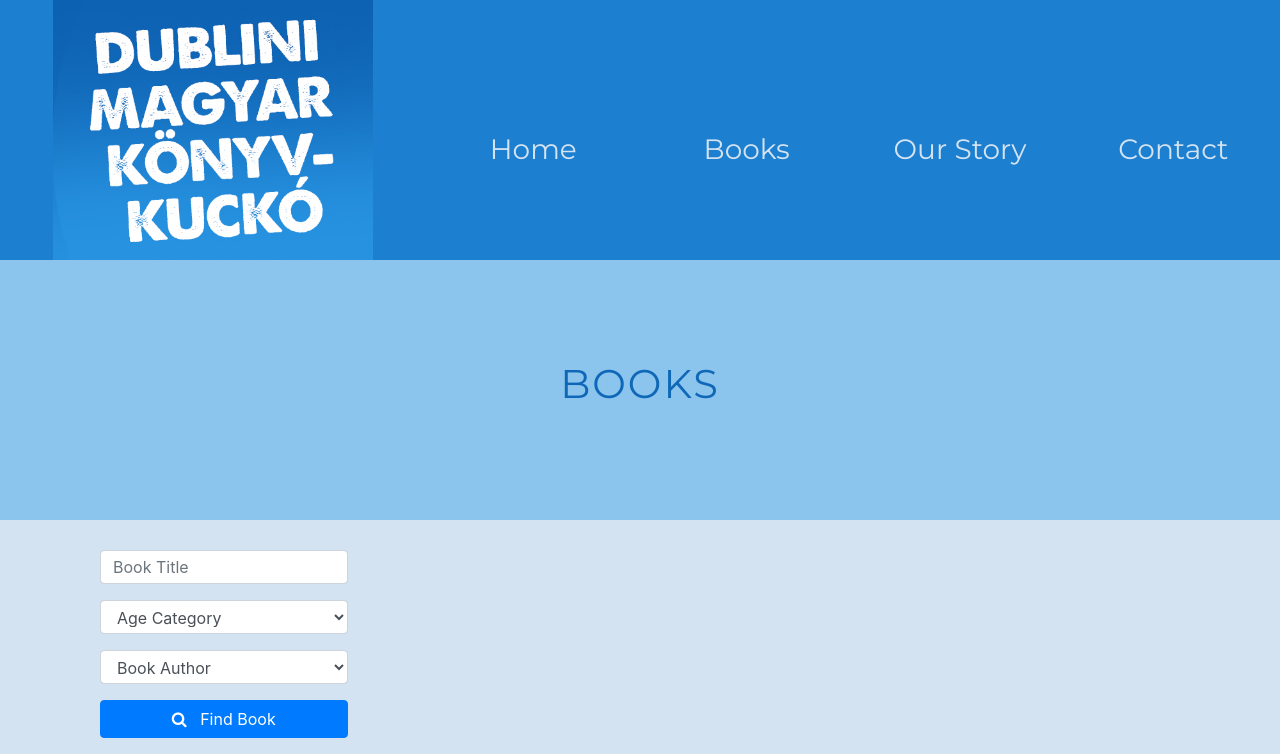
Repository: taikatta/Konyvkucko
Page: books.html
The author's editor kept a record of every edit. The page is drawn from the files as they stood at one moment, then again after the next edit.
The browser window is 1280 px wide. The pictures show the whole page.

Above is the page before.

### books.html
<!DOCTYPE html>
<html lang="en">

<head>
    <meta charset="UTF-8">
    <meta name="viewport" content="width=device-width, initial-scale=1.0">
    <meta http-equiv="X-UA-Compatible" content="ie=edge">
    <link rel="stylesheet" href="https://stackpath.bootstrapcdn.com/bootstrap/4.3.1/css/bootstrap.min.css" type="text/css" />
    <link rel="stylesheet" href="https://stackpath.bootstrapcdn.com/font-awesome/4.7.0/css/font-awesome.min.css" type="text/css" />
    <link rel="stylesheet" href="css/style.css" type="text/css" />
    <title>Dublini Magyar Könyvkuckó</title>
</head>

<body>
    <header>
        <div class="row no-gutters">
            <a class="col-md-4 logo" href="index.html">

            </a>
            <div class="col-md-8">

                <div class="row no-gutters">
                    <div class="col">
                        <ul id="nav" class="list-inline menucontainer">
                            <li class="col-6 col-sm-3 list-inline-item menuitem">
                                <a href="index.html"><span>Home</span></a>
                            </li>
                            <li class="col-6 col-sm-3 list-inline-item menuitem">
                                <a href="books.html"><span>Books</span></a>
                            </li>
                            <li class="col-6 col-sm-3 list-inline-item menuitem">
                                <a href="ourstory.html"><span>Our Story</span></a>
                            </li>
                            <li class="col-6 col-sm-3 list-inline-item menuitem">
                                <a href="contact.html"><span>Contact</span></a>
                            </li>
                        </ul>

                    </div>

                </div>

            </div>
            <div class="page-title">
                <h1> Books </h1>
            </div>

            <div class="book-search">
                <div class="container">
                    <form class method="get" action="books.html/">
                        <div class="row">
                            <div class="col">



                                <div class="col-sm-6 col-md-3">
                                    <div class="form-group">
                                        <input name="s" value type="text" class="form-control" id="keyboard" placeholder="Book Title">
                                    </div>
                                </div>
                                <div class="col-sm-6 col-md-3">
                                    <div class="form-group">
                                        <select name="product_cat" id="product_cat" class="form-control">
                                        <option value="0">Age Category</option>
                                        <option class="level-0" value="0-3">0 - 3 years old</option>
                                        <option class="level-1" value="2-5">2 - 5 years old</option>
                                    </select>
                                    </div>
                                </div>
                                <div class="col-sm-6 col-md-3">
                                    <div class="form-group">
                                        <select name="book_author" id="book-author" class="form-control">
                                        <option value="0">Book Author</option>
                                        <option class="level-0" value="BergJ">Berg Judit</option>
                                        <option class="level-1" value="AgocsI">Agocs Irisz</option>
                                        <option class="level-2" value="MarekV">Marek Veronika</option>
                                        <option class="level-3" value="VarroD">Varro Daniel</option>
                                    </select>
                                    </div>
                                </div>
                                <div class="col-sm-6 col-md-3">
                                    <div class="form-group">
                                        <input type="hidden" name="post_type" value="product">
                                        <button type="submit" class="btn btn-primary btn-block">
                                        <i class="fa fa-search"></i>
                                        &nbsp;
                                        Find Book

                                    </button>
                                    </div>
                                </div>
                            </div>
                        </div>
                    </form>
                </div>
            </div>

        </div>
    </header>
    <section>

    </section>
    <footer>

    </footer>

</body>

</html>

### css/style.css
@import url('https://fonts.googleapis.com/css?family=Montserrat&display=swap:100, 200, 300, 400, 500, 600, 700');

/*--------------------------------------------Colors*/



/*--------------------------------------------Heading*/

header {
    margin: 0;
}

.heading {
    margin-left: 50px;
}

.logo {
    background: url("../images/logo.jpg");
    background-position: center;
    background-repeat: no-repeat;
    background-size: 75%;
    min-height: 260px;
    background-color: #1d7fcf;
}

.list-inline-item:not(:last-child) {
    margin: 0;
}

.menucontainer {
    font-size: 0;
    background-color: #1d7fcf;
    min-height: 260px;
}

.menuitem a {
    width: 100%;
    text-decoration: none;
}

#nav li {
    font-family: "Montserrat", sans-serif;
    font-weight: 200;
    font-size: 28px;
    margin-top: 15%;
    margin-bottom: 90px;
    text-align: center;

}

#nav span {
    color: #d4e3f2;
}

#nav {
    margin: 0;
}

.page-title {
    font-family: "Montserrat", sans-serif;
    font-weight: 200;
    font-size: 28px;
    color: #0f68b7;
    background-color: #8bc4ec;
    min-height: 260px;
    width: 100%;
    text-transform: uppercase;
    letter-spacing: 2px;
}

.page-title h1 {
    margin-top: 100px;
    text-align: center;
}

.book-search {
    padding-top: 30px;
    background-color: #d4e3f2;
    position: relative;
    width: 100%;
}

.container {
    margin-right: auto;
    margin-left: auto;
    padding-left: 15px;
    padding-right: 15px;
}

form {
    display: block;
    margin-top: 0em;
}

.form-control {
    display: block;
    position: relative;
    border-radius: 4px;
    width: 100%;
    height: 34px;
}

option {
    display: block;
    min-height: 1.2em;
}

After the next edit:
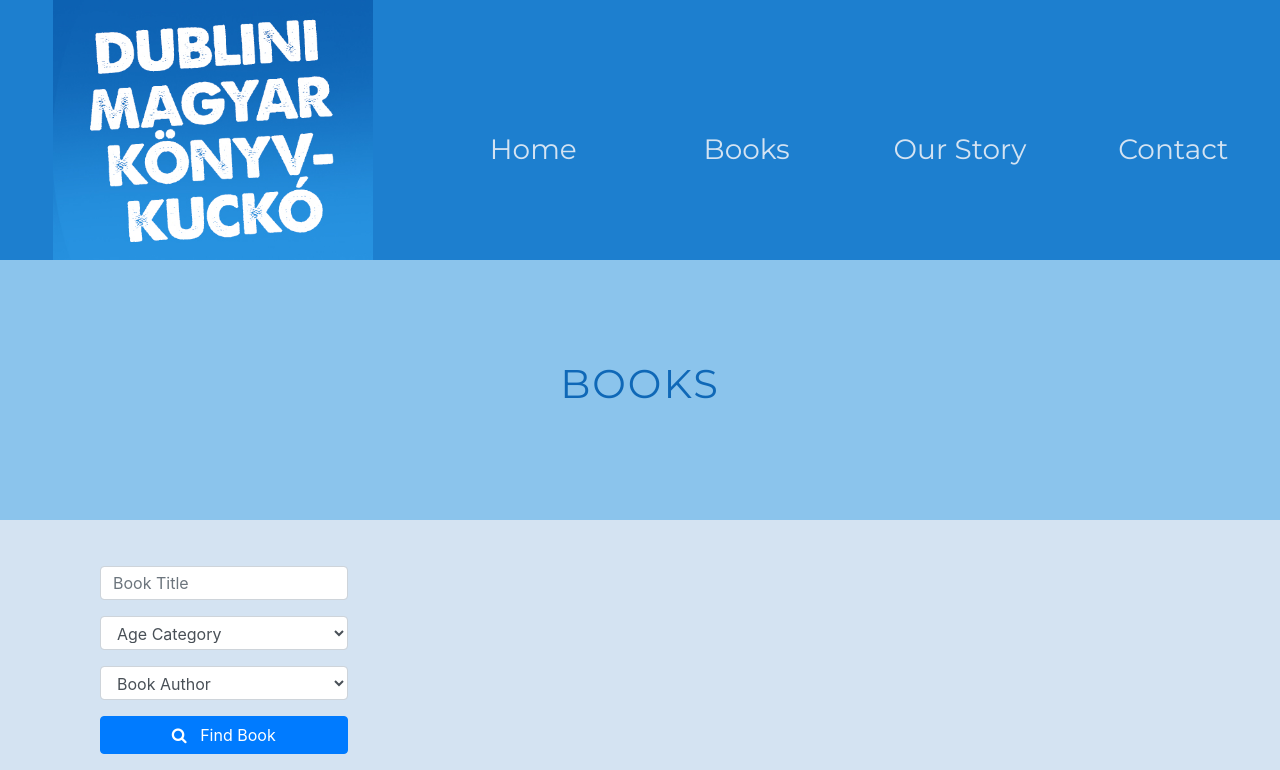
The edit:
--- a/books.html
+++ b/books.html
@@ -50,6 +50,10 @@
                     <form class method="get" action="books.html/">
                         <div class="row">
                             <div class="col">
+                                <ul class="form-group">
+
+
+                                </ul>
 
 
 
